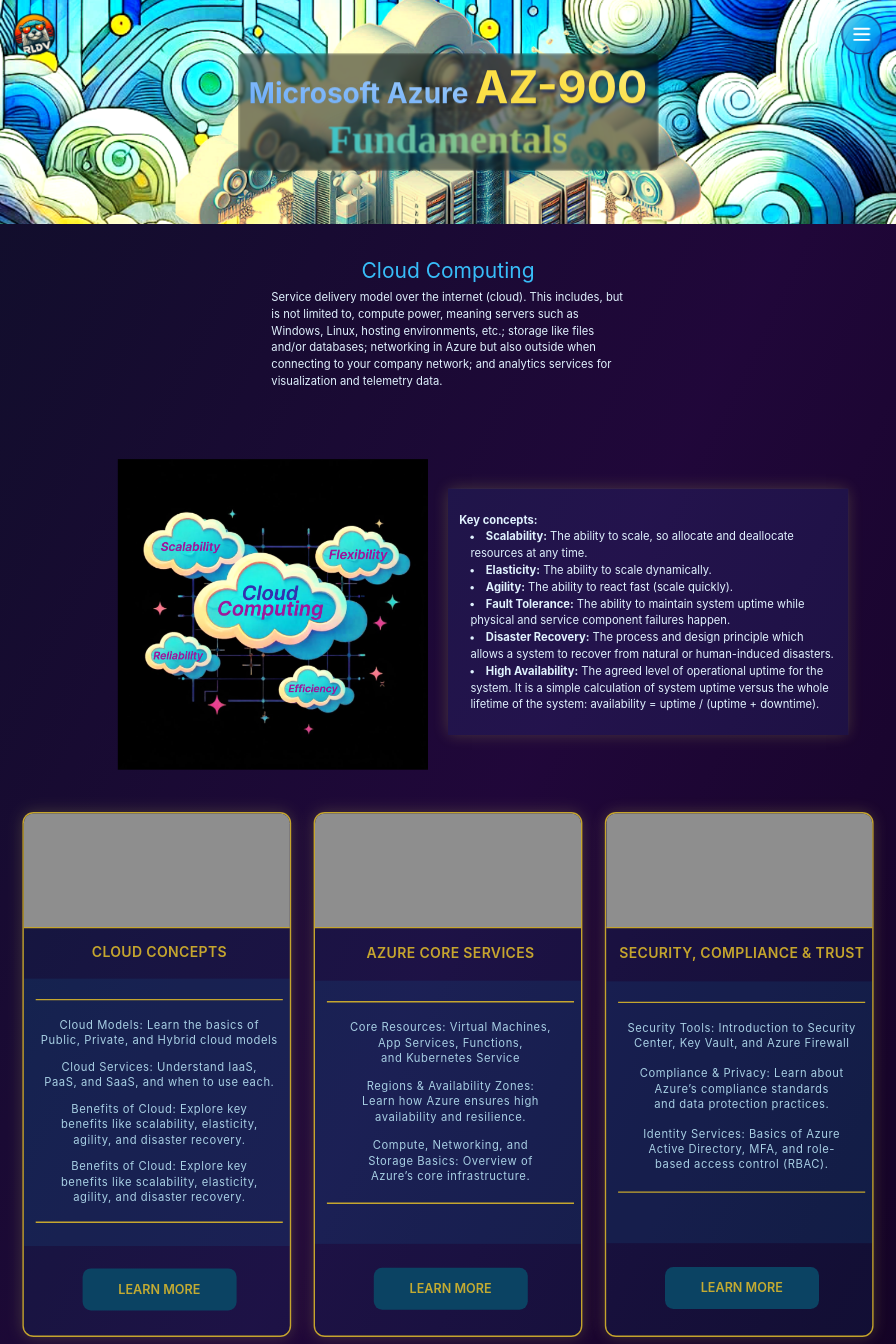
Repository: Freezler/az-900_svelte5
Page: /
The author's editor kept a copy of each file at every save. The page is drawn from the files as they stood at one save, then again after a run of saves.
The browser window is 1280 px wide. The pictures show the part of the page from y = 0 to 1920 px (the page is 2638 px tall), at 70% of full size.
Pictures or frames that could not be fetched are drawn as grey boxes. The project was rebuilt for these pictures with package versions that can differ from the ones it lists, and the page was loaded fresh each time. The framework's server and built-in components were replaced by stand-ins that run in the browser. Also part of the build but not shown: vite.config.ts.

Above is the page before, as saved 2024-11-10 10:48:23.

### src/app.html
<!doctype html>
<html lang="en">
	<head>
		<meta charset="utf-8" />
		<link rel="icon" href="%sveltekit.assets%/favicon.png" />
		<meta name="viewport" content="width=device-width, initial-scale=1" />
		%sveltekit.head%
	</head>
	<body data-sveltekit-preload-data="hover" >
		<div style="display: contents">%sveltekit.body%</div>
	</body>
</html>

### src/routes/+layout.svelte
<script lang="ts">
	import '../app.css';
	let { children } = $props();

</script>

<div class="bg-gradient-to-br from-[#0d0c28fc] via-[#1b0135f9] to-[#10021e] bg-cover bg-center bg-no-repeat ">{@render children()}</div>

### src/routes/+page.svelte
<script lang="ts">
	import ComputingArticle from '../components/ComputingArticle.svelte';

	import Toggle from '../components/Toggle.svelte';
	import Header from '../components/Header.svelte';
	import Popover from '../components/Menu.svelte';
	import Cards from '../components/Cards.svelte';
	import Login from '../components/Login.svelte';
</script>

<header class="">
	<Popover />
	<Header />
</header>
<main>
	<section>
		<ComputingArticle />
		<Cards />
	</section>
	<aside><Toggle /></aside>
	<footer><Login /></footer>
</main>

### src/app.css
@tailwind base;
@tailwind components;
@tailwind utilities;

:root {
  --text-color  : rgba(244, 205, 48, 0.888);
  --bg-color    : hsla(217, 87%, 3%, 0.298);
  --bg-color2   : hsla(299, 91%, 31%, 0.974);
  --bg-gradient : 135deg, rgba(237, 249, 10, .7) 0%, rgba(216, 204, 37, 0.7) 35%, rgba(0, 212, 255, 0.7) 100%;
  --bg-gradient2: 90deg, rgba(216, 204, 37, 0.5) 0%, rgba(0, 212, 255, 0.5) 70%;
}

* {
  margin     : 0;
  padding    : 0;
  box-sizing : border-box;
  user-select: none;
  /* outline : 1px dotted red; */
}

body {
  font-family: 'Inter', sans-serif;


}

### src/components/ComputingArticle.svelte
<div class="grid items-center justify-center gap-2 place-self-center text-sky-100 max-w-[50ch]  pt-12">
	<h2 class="text-3xl text-center text-sky-400">Cloud Computing</h2>
	<p>
		Service delivery model over the internet (cloud). This includes, but is not limited to, compute
		power, meaning servers such as Windows, Linux, hosting environments, etc.; storage like files
		and/or databases; networking in Azure but also outside when connecting to your company network;
		and analytics services for visualization and telemetry data.
	</p>
</div>

<section class="grid items-center grid-cols-1 lg:grid-cols-2 justify-center place-items-center place-self-center place-content-center gap-0	z-10 text-start">
	<img
		src="../public/images/cloud.png"
		alt="cloudSolutions"
		loading="lazy"

		class=" text-sky-100 w-screen md:w-[572px]  rounded-xl p-0 m-0"
	/>
	<article
		class=" bg-blue-500/10  text-sky-100 px-4 py-8 w-[572px] mt-16 prounded-xl shadow-[0_0px_22px_rgba(255,255,99,0.2)]"
	>
		<p><strong>Key concepts:</strong></p>
		<ul class="list-inside list-disc pl-4">
			<li>
				<strong>Scalability:</strong> The ability to scale, so allocate and deallocate resources at any
				time.
			</li>
			<li><strong>Elasticity:</strong> The ability to scale dynamically.</li>
			<li><strong>Agility:</strong> The ability to react fast (scale quickly).</li>
			<li>
				<strong>Fault Tolerance:</strong> The ability to maintain system uptime while physical and service
				component failures happen.
			</li>
			<li>
				<strong>Disaster Recovery:</strong> The process and design principle which allows a system to
				recover from natural or human-induced disasters.
			</li>
			<li>
				<strong>High Availability:</strong> The agreed level of operational uptime for the system. It
				is a simple calculation of system uptime versus the whole lifetime of the system: availability
				= uptime / (uptime + downtime).
			</li>
		</ul>
	</article>
</section>

### src/components/Toggle.svelte
<script lang="ts">

	let name = $state('Randy');
	let status: 'DARK' | 'LIGHT' = $state('DARK');
	let full_name = $derived(name + ' ' + 'de vries');

	function toggle() {
		status = status === 'DARK' ? 'LIGHT' : 'DARK';
	}

	function onclick() {
		status = status === 'DARK' ? 'LIGHT' : 'DARK';
		window.document.body.classList.toggle('dark-mode')
	}
</script>

<div class="max-w-[400px] mx-auto grid place-items-center items-center justify-center gap-2 border-2 p-4  py-8 my-4 bg-yellow-600/10">
		<p class="text-2xl font-serif text-white ">
			set theme: <span class="font-sans {status === 'LIGHT' ? 'text-gray-200' : 'text-red-900'}">{status}</span>
		</p>

		<!-- <button on:click={toggle}>toggle status</button> -->
		<button
			class=" w-[176px] rounded bg-blue-500 px-4 py-2 font-bold text-white hover:bg-blue-700 active:scale-[.98]"
			type="button"
			onclick={toggle}>Toggle theme</button
		>
	</div>

### src/components/Header.svelte
<script lang="ts">
	// Declare props
	let { name = 'AZ-900' } = $props();

	// Local state for the surname
	let surname = $state('Fundamentals');

	// Derived state for the full name
	let full_name = $derived(`${name} ${surname}`);
</script>

<div
	class="max-w-[100svw] z-100 mx-auto grid h-80 place-content-center place-items-center items-center justify-center bg-[url('/public/images/headImage.png')] bg-cover bg-top"
>
	<div class="grid backdrop-blur-[2px] px-4 rounded-lg backdrop-brightness-[.50] pb-4">
		<h1
			class="shadow-[rgba(7, 25, 224, 0.9)] drop bg-clip-text text-center text-[clamp(1rem,5vw,2.5rem)] font-bold text-transparent bg-gradient-to-tr from-blue-400 via-blue-300 to-blue-700  drop-shadow-[-2px_2px_2px_rgba(137, 25, 224, 0.9)]"
		>
			Microsoft Azure <span
				class="bg-gradient-to-tr from-yellow-300 via-yellow-300 to-yellow-200 bg-clip-text text-[clamp(2.8rem,5vw,8.5rem)] font-bold text-transparent drop-shadow-[2px_4px_2px_rgba(36,50,100,0.9)]"
				>{name}</span
			>
		</h1>
		<h3
			class="bg-clip-text text-6xl text-center text-[clamp(1rem,5vw,3.5rem)] font-[700] font-[montserrat] bg-gradient-to-r from-[hsl(192,88%,51%)] via-[--hsl(192,88%,71%)] to-[--text-color]  pb- text-transparent drop-shadow-[2px_4px_32px_rgba(6,100,150,0.9)] backdrop-brightness-[.90] "
		>
			{surname}
		</h3>
	</div>
</div>

### src/components/Menu.svelte
<script lang="ts">
	import { cubicInOut } from 'svelte/easing';
	import { fly } from 'svelte/transition';
	let showMenu: boolean = $state(false);


</script>

	<!-- Your existing code -->

<img
	src="/public/images/Design 2.png"
	alt="Ran form Logo"
	class="fixed left-[16px] top-[16px] w-[64px] rounded-full z-[200]"
/>
<button
	onclick={() => (showMenu = !showMenu)}
	class="fixed right-[20px] top-[20px] flex  h-[58px] w-[58px] items-center justify-center rounded-full bg-blue-600/20 backdrop-blur text-white border-2 border-blue-900"
>
	<svg
		xmlns="http://www.w3.org/2000/svg"
		class="h-8 w-8"
		fill="none"
		viewBox="0 0 24 24"
		stroke="currentColor"
	>
		{#if showMenu}
			<path
				stroke-linecap="round"
				stroke-linejoin="round"
				stroke-width="2"
				d="M6 18L18 6M6 6l12 12"
			/>
		{:else}
			<path
				stroke-linecap="round"
				stroke-linejoin="round"
				stroke-width="2"
				d="M4 6h16M4 12h16M4 18h16"
			/>
		{/if}
	</svg>
</button>

{#if showMenu}
	<ul
		class="items-center justify-center fixed bottom-0 right-0 z-100 grid h-[50vh] w-[100vw] border-t border-blue-900 place-content-center bg-blue-600/20 backdrop-blur text-white uppercase text-center text-xl z-[200]"
		transition:fly={{ y: 100, duration: 420, easing: cubicInOut }}
	>
		<li class="px-2 py-4 w-[80vw] underline underline-offset-4 transition-colors ease-linear duration-400 hover:bg-blue-600/20 rounded-t-lg  bg-blue-200/30">
			<a href="/">Home</a>
		</li>
		<li class=" px-2 py-4 transition-colors hover:underline underline-offset-4  ease-linear duration-400 hover:bg-blue-600/20  bg-blue-200/30">
			<a href="/concepts">Concepts</a>
		</li>
		<li class=" px-2 py-4 transition-colors hover:underline underline-offset-4 ease-linear duration-400 hover:bg-blue-600/20  bg-blue-200/30">
			<a href="/security">Security</a>
		</li>
		<li class="px-2 py-4 transition-colors  hover:underline underline-offset-4 ease-linear duration-400 hover:bg-blue-600/20 rounded-b-lg  bg-blue-200/30">
			<a href="/services">Services</a>
		</li>
	</ul>
{/if}

### src/components/Cards.svelte
<script>
	import { goto } from '$app/navigation';
	// Define your plans as an array of objects
	const concepts = [
		{
			url: 'concepts',
			image:
				'https://learn.microsoft.com/training/achievements/microsoft-azure-fundamentals-describe-cloud-concepts-social.png',
			name: 'Cloud Concepts',
			features: [
				'Cloud Models: Learn the basics of Public, Private, and Hybrid cloud models',
				'Cloud Services: Understand IaaS, PaaS, and SaaS, and when to use each.',
				'Benefits of Cloud: Explore key benefits like scalability, elasticity, agility, and disaster recovery.',
				'Benefits of Cloud: Explore key benefits like scalability, elasticity, agility, and disaster recovery.'

			]
		},
		{
			url: 'services',
			image:
				'https://images.unsplash.com/photo-1667372459510-55b5e2087cd0?q=80&w=1932&auto=format&fit=crop&ixlib=rb-4.0.3&ixid=M3wxMjA3fDB8MHxwaG90by1wYWdlfHx8fGVufDB8fHx8fA%3D%3D',
			name: 'Azure Core Services',
			features: [
				'Core Resources: Virtual Machines, App Services, Functions, and Kubernetes Service',
				'Regions & Availability Zones: Learn how Azure ensures high availability and resilience.',
				'Compute, Networking, and Storage Basics: Overview of Azure’s core infrastructure.'
			]
		},
		{
			url: 'security',
			image:
				'https://plus.unsplash.com/premium_photo-1700830452756-1a3f4314e564?q=80&w=1674&auto=format&fit=crop&ixlib=rb-4.0.3&ixid=M3wxMjA3fDB8MHxwaG90by1wYWdlfHx8fGVufDB8fHx8fA%3D%3D',
			name: 'Security, Compliance & Trust',
			features: [
				'Security Tools: Introduction to Security Center, Key Vault, and Azure Firewall',
				'Compliance & Privacy: Learn about Azure’s compliance standards and data protection practices.',
				'Identity Services: Basics of Azure Active Directory, MFA, and role-based access control (RBAC).'
			]
		}
	];
</script>

<section
	class="z-10 grid grid-rows-1 gap-8 py-8 md:grid-cols-2 md:gap-8 md:px-8 xl:grid-cols-3"
>
	{#each concepts as concept}
		<div
			class=" pt-1  grid grid-rows-[148px_64px_auto_auto] place-items-center overflow-hidden rounded-2xl border-2 border-[--text-color] bg-sky-600/10 pb-9 shadow-[0_0px_22px_rgba(255,255,99,0.2)] brightness-90 transition duration-700 hover:scale-[1.001] hover:border-[hsla(184,69%,60%,1)] hover:shadow-[2px_6px_12px_rgba(22,125,22,0.9)]"
		>
			<img
				src={concept.image}
				class=" z-10 h-[172px] pt-2  w-full border-b-2 border-[--text-color] object-cover object-center hover:border-[hsla(184,69%,60%,1)]"
				loading="lazy"
				alt="concept"
			/>
			<div class="row-span-2 grid grid-cols-subgrid place-items-center items-center justify-center">
				<h2 class="] mt-[28px] text-xl font-semibold uppercase tracking-wide text-[--text-color]">
					{concept.name}
				</h2>
			</div>

			<div
				class=" row-span-12 my-5 w-full grid grid-rows-subgrid place-items-start items-start gap-4 text-pretty border border-transparent bg-sky-500/10 px-4 pt-7 pb-6 text-center"
			>
				{#each concept.features as feature}
					<h3
						class="border-b-1 mx-auto  grid w-[35ch]  grid-rows-subgrid text-balance border-[--text-color] px-0 text-[14px] font-normal leading-snug tracking-wider text-sky-200 py-0 first:border-t-2 first:pt-6 last:pb-6 last:border-b-2 lg:text-[16px] border-s-fuchsia-400 ">
						{feature}
					</h3>
				{/each}
			</div>
			<button
				type="button"
				class="mx-auto mt-3 w-[220px] grid-cols-subgrid rounded-xl border-[2px_solid_var(--text-color)] bg-sky-900 px-8 py-4 text-base font-semibold uppercase text-[--text-color] transition duration-[420ms] hover:bg-sky-500 hover:text-white hover:shadow-[2px_2px_22px_rgb(65,183,255,0.9)] md:text-lg lg:text-lg"
				><a href="/{concept.url}">Learn more</a></button
			>
		</div>
	{/each}
</section>

### src/components/Login.svelte
<script>
	import { onMount } from 'svelte';
	let user = $state('Stranger');
	/**
	 * @param {any} response
	 */
	function googleLoginEndpoint(response) {
	  console.log('Google login successful:', response);
	}

	// onMount(() => {
	//   const script = document.createElement("script");
	//   script.src = "https://accounts.google.com/gsi/client";
	//   script.async = true;
	//   script.defer = true;
	//   document.head.appendChild(script);
	// });
</script>

<div class="relative flex min-h-[60vh] items-center justify-center py-16 ">
	<div class="flex w-full max-w-4xl flex-col overflow-hidden rounded-lg shadow-lg md:flex-row">
		<!-- Left side: Logo and Welcome message -->
		<div
			class="flex flex-col items-center justify-center bg-[url('/public/images/headImage.png')] bg-cover bg-center object-cover p-14 text-white md:w-1/2 "
		>
			<img
				src="/public/images/Design 2.png"
				alt="Ran form Logo"
				class="mb-4 h-40 w-40 rounded-full"
			/>
			<h2 class="text-2xl font-semibold p-2 rounded-xl bg-slate-600/50  ">Good Evening {user}!</h2>
			<p class="mt-2 text-center text-lg rounded-xl bg-slate-600/50  p-2 ">Log in to your account!</p>
		</div>

		<!-- Right side: Login Form -->
		<div
			class="flex flex-col items-center justify-center  h-[50vh] bg-blue-600/40 backdrop-blur pt-8 "
		>
			<!-- Google Login Button -->
			<div
				id="g_id_onload"
				data-client_id="YOUR_GOOGLE_CLIENT_ID"
				data-context="signin"
				data-callback="googleLoginEndpoint"
				data-close_on_tap_outside="false"
				data-prompt_parent_id="g_id_onload"
			></div>

			<button
				class="flex w-3/5 items-center justify-center space-x-2 rounded-full border border-gray-300 bg-white py-2 shadow-md hover:bg-gray-50 focus:outline-none"
			>
				<span class="fab fa-google text-gray-500"></span>
				<span class="text-gray-700">Continue with Google</span>
			</button>

			<!-- Divider -->
			<div class="my-4 flex w-full items-center">
				<hr class="flex-grow border-t border-gray-300" />
				<span class="px-3 text-gray-500">OR</span>
				<hr class="flex-grow border-t border-gray-300" />
			</div>

			<!-- Email Login Button -->
			<button
				class="flex w-3/5 items-center justify-center space-x-2 rounded-full border border-gray-300 bg-white py-2 shadow-md hover:bg-gray-50 focus:outline-none"
			>
				<span class="fa fa-user text-gray-500"></span>
				<span class="text-gray-700">Enter Email & Password</span>
			</button>

			<!-- Sign up and Terms Links -->
			<div class=" w-full text-center">
				<p class="text-sm text-red-300">
					Don't have an account? <a href="_blank" class="text-blue-600 hover:underline">Sign up</a>
				</p>
				<p class="mt-0 text-xs text-gray-500 w-[50ch]">
					By continuing, you agree to our <a href="_blank" target="_blank" class="hover:underline"
						>Terms of Service</a
					>
					and
					<a href="_blank" target="_blank" class="hover:underline">Privacy Policy</a>.
				</p>
			</div>
		</div>
	</div>
</div>

### tailwind.config.ts
import aspectRatio from '@tailwindcss/aspect-ratio';
import containerQueries from '@tailwindcss/container-queries';
import forms from '@tailwindcss/forms';
import typography from '@tailwindcss/typography';
// import type { Config } from 'tailwindcss';

export default {
	content: ['./src/**/*.{html,js,svelte,ts}'],


	theme: {
		extend: {
			animation: {



			},

			keyframes: {

			}

		}
	},

	plugins: [typography, forms, containerQueries, aspectRatio]
}

After the next 2 saves:
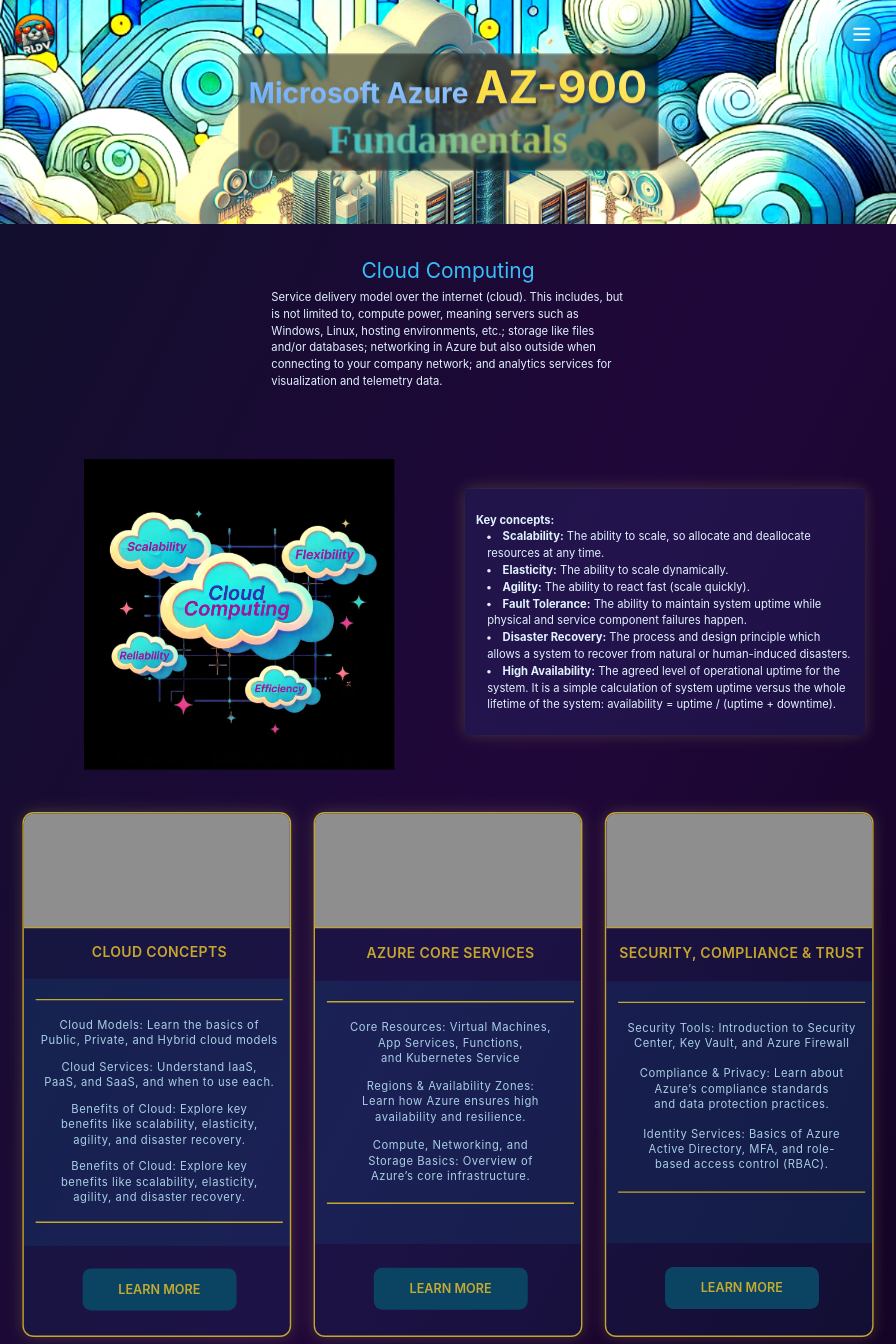
The 2 saves are shown as one change because they came seconds apart.
The last was saved 7 s later.
--- a/src/components/ComputingArticle.svelte
+++ b/src/components/ComputingArticle.svelte
@@ -14,7 +14,7 @@
 		alt="cloudSolutions"
 		loading="lazy"
 
-		class=" text-sky-100 w-screen md:w-[572px]  rounded-xl p-0 m-0"
+		class=" text-sky-100 w-screen md:w-[572px]  mr-12 rounded-xl p-0 m-0"
 	/>
 	<article
 		class=" bg-blue-500/10  text-sky-100 px-4 py-8 w-[572px] mt-16 prounded-xl shadow-[0_0px_22px_rgba(255,255,99,0.2)]"

After the save that followed:
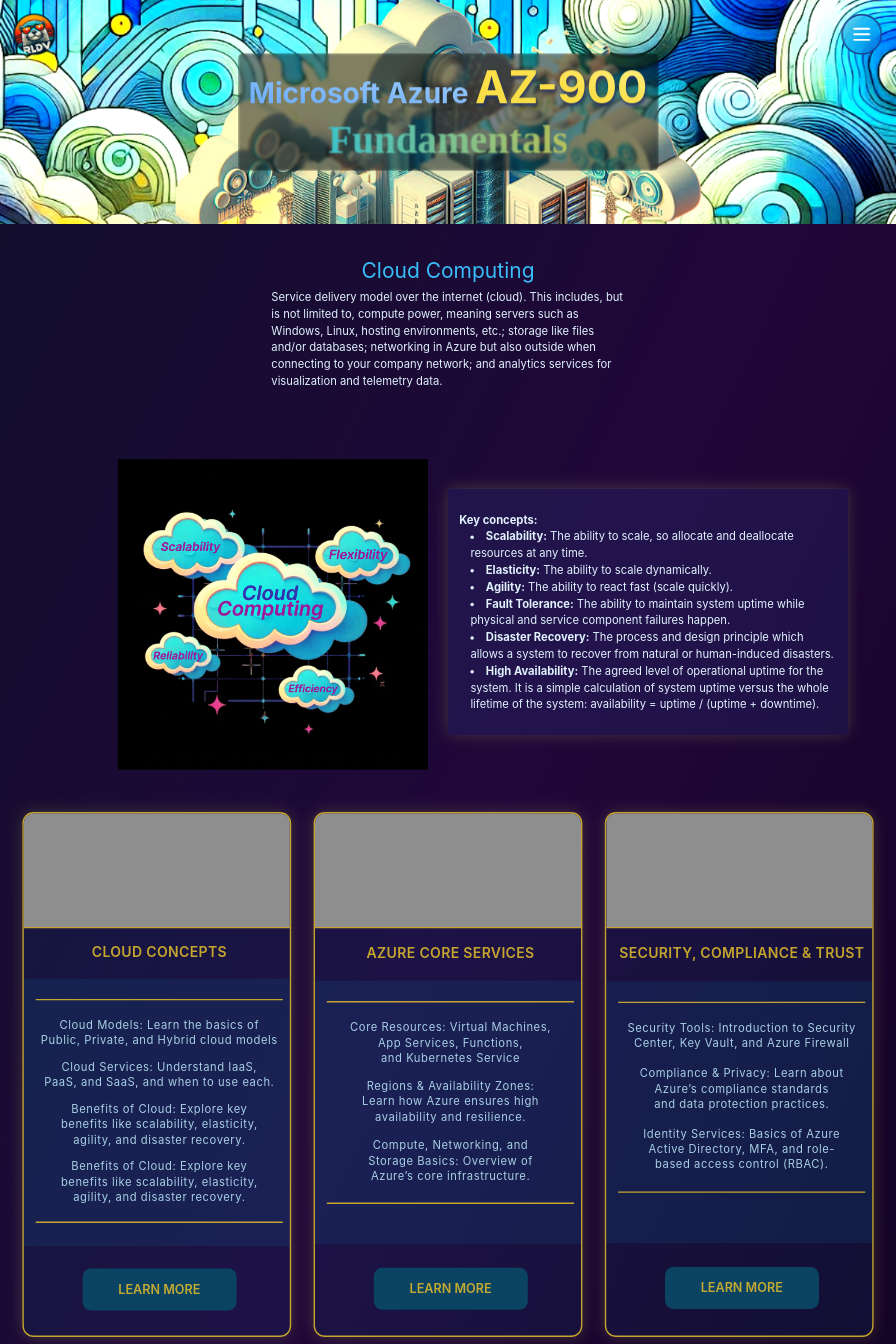
Saved 7 s later.
--- a/src/components/ComputingArticle.svelte
+++ b/src/components/ComputingArticle.svelte
@@ -14,7 +14,7 @@
 		alt="cloudSolutions"
 		loading="lazy"
 
-		class=" text-sky-100 w-screen md:w-[572px]  mr-12 rounded-xl p-0 m-0"
+		class=" text-sky-100 w-screen md:w-[572px]  mr-full rounded-xl p-0 m-0"
 	/>
 	<article
 		class=" bg-blue-500/10  text-sky-100 px-4 py-8 w-[572px] mt-16 prounded-xl shadow-[0_0px_22px_rgba(255,255,99,0.2)]"
